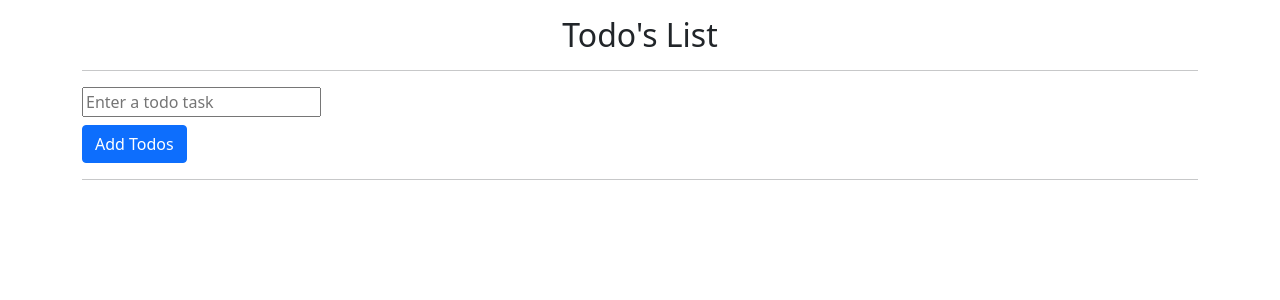
Repository: pradeep9689/monoceptAssignment
Page: http://localhost/03-jsp-session-demo/03-jsp-session-todos.jsp
An editor plug-in stored every save of this project. The page is shown before and after the next save, followed by the edit.
The browser window is 1280 px wide. The pictures show the whole page.
The page is served by Tomcat 9.

Above is the page before, as saved 2024-07-14 16:16:58.

After the next save:
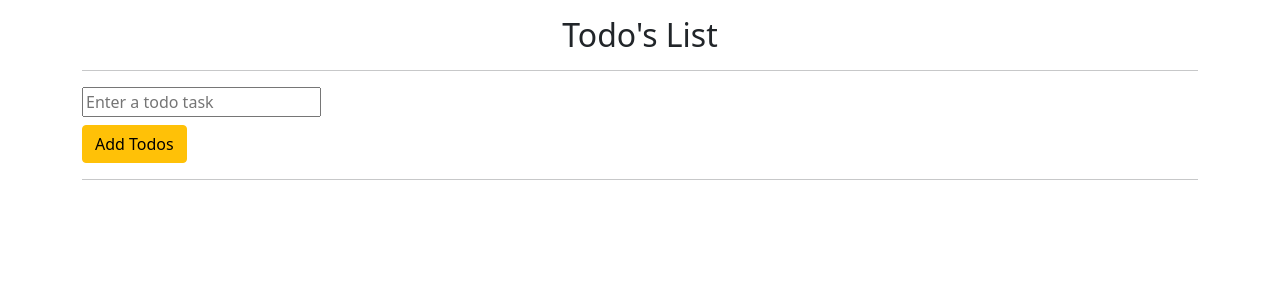
Saved 57 s later.
--- a/03-jsp-session-demo/WebContent/03-jsp-session-todos.jsp
+++ b/03-jsp-session-demo/WebContent/03-jsp-session-todos.jsp
@@ -25,7 +25,7 @@
 				<input type="text" name="item" placeholder="Enter a todo task">
 			</div>
 			<div class="col-sm-10 mt-2">
-				<input type="submit" value="Add Todos" class="btn btn-primary">
+				<input type="submit" value="Add Todos" class="btn btn-warning">
 			</div>
 		</form>
 		<hr>
